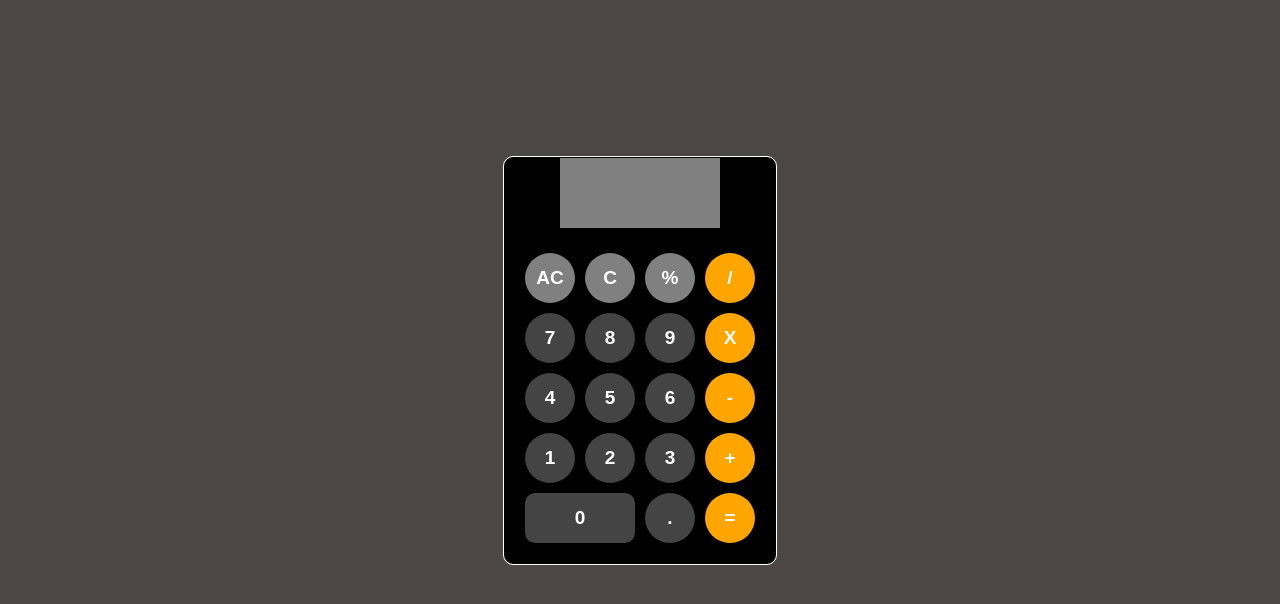
Repository: dmpelaez/calculator
Page: Calculator.html
An editor plug-in stored every save of this project. The page is shown before and after the next save, followed by the edit.
The browser window is 1280 px wide. The pictures show the whole page.

Above is the page before, as saved 2025-12-16 00:35:24.

### Calculator.html
<!DOCTYPE html>

  <html>
    <head>

      <title>Calculator</title>

      <!--CSS-->
      <link rel="stylesheet" href="Calculator.css">

    </head>
    <body>
      <!--Container-->
      <main class="container">

        <!--Sections-->
        <section class="Section">

          <!--Input section-->
          <input class="inputSection" name="display" value="" disabled>

          <!--Btns section-->
          <div class="btnSection">
            <button class="btn cancel">AC</button>
            <button class="btn signs">C</button>
            <button class="btn rmnder" onclick="appendNumber('%')">%</button>
            <button class="btn divide" onclick="appendNumber(' / ')">/</button>
            <button class="btn seven" onclick="appendNumber('7')">7</button>
            <button class="btn eight" onclick="appendNumber('8')">8</button>
            <button class="btn nine" onclick="appendNumber('9')">9</button>
            <button class="btn times" onclick="appendNumber(' * ')">X</button>
            <button class="btn four" onclick="appendNumber('4')">4</button>
            <button class="btn five" onclick="appendNumber('5')">5</button>
            <button class="btn six" onclick="appendNumber('6')">6</button>
            <button class="btn minus"  onclick="appendNumber(' - ')">-</button>
            <button class="btn one" onclick="appendNumber('1')">1</button>
            <button class="btn two" onclick="appendNumber('2')">2</button>
            <button class="btn three" onclick="appendNumber('3')">3</button>
            <button class="btn plus"  onclick="appendNumber(' + ')">+</button>
            <button class="btn zero" onclick="appendNumber('0')">0</button>
            <button class="btn dot" onclick="appendNumber('.')" >.</button>
            <button class="btn equal" onclick="equal()"">=</button>
          </div>
        </section>


      </main>

      <script src="Calculator.js"></script>
    </body>

  </html>

### Calculator.css
body {
  margin: 0;
  padding: 0;
  box-sizing: border-box;
  display: flex;
  align-items: center;
  justify-content: center;
  height: 100vh;
  background: rgb(78, 71, 71);
}

.container {
  border: 1px solid white;
  border-radius: 10px;
  overflow: hidden;
}

.Section {
display: flex;
flex-direction: column;
border: 1px solid black;
border-radius: 10px;
gap: 20px;
background: black;
align-items: center;
}
.inputSection {
  color: white;
  padding: 20px;
  padding-bottom: 0px;

  width: 120px;
  height: 50px;

  font-size: 19px;
  font-weight: bold;
  background: gray;
  border: none;

}
.btnSection {
  display: grid;
  grid-template-columns: 1fr 1fr 1fr 1fr;
  padding: 20px;
  gap: 10px;
  padding-top: 5px;
}
.btn {
  border: none;
  height: 50px;
  width: 50px;
  border-radius: 50%;
  font-weight: bold;
  Font-size: 19px;
  cursor: pointer;
  color: white;
  background: rgb(68, 68, 68);
}
.btn:hover {
  opacity: 0.8;
}
.btn:active {
  opacity: 1;
}

.equal {
  grid-column: 4
}
.dot {
  grid-column: 3
}
.zero {
  grid-row: 5;
  grid-column: 1 / 2 span;
  background: white;
  width: auto;
  border-radius: 10px;
  background: rgb(68, 68, 68);
}
.cancel,
.signs,
.rmnder {
  background: gray;
}
.divide,
.times,
.minus,
.plus,
.equal {
  background: orange;
}

### Calculator.js

let answer = '';


function appendNumber(num) {
  answer += num;

  document.querySelector('.inputSection')
  .value = answer;
};


document.querySelector('.cancel')
.addEventListener('click', () => {
    answer = '';
    document.querySelector('.inputSection')
    .value = answer;
})

document.querySelector('.signs')
.addEventListener('click', () => {
  const value = document.querySelector('.inputSection').value.slice(0, -1);
  document.querySelector('.inputSection').value = value;
  answer = value;

});


function equal() {
  document.querySelector('.equal')
  .addEventListener('click', () => {
    try {
      answer = eval(answer);
      document.querySelector('.inputSection').value = answer;
    } catch {
      document.querySelector('.inputSection').value = "Error";
    }
  })
}

After the next save:
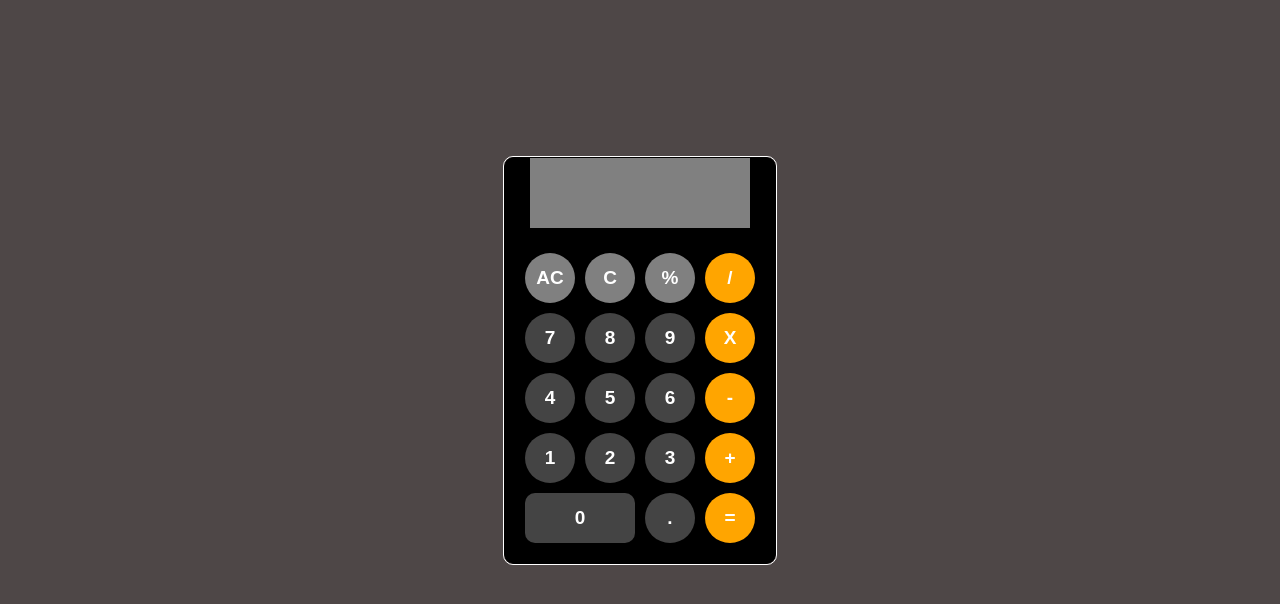
Saved 4 s later.
--- a/Calculator.css
+++ b/Calculator.css
@@ -29,7 +29,7 @@ align-items: center;
   padding: 20px;
   padding-bottom: 0px;
 
-  width: 120px;
+  width: 180px;
   height: 50px;
 
   font-size: 19px;
